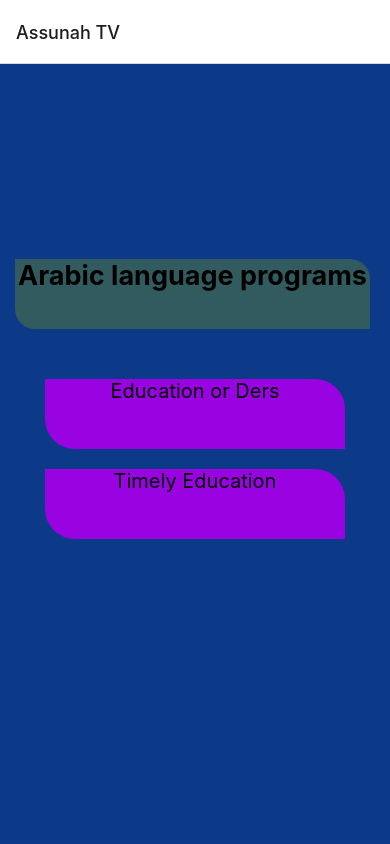
Repository: abdurehmanali611/Assunah_TV
Screen: /Arabic
The author's editor kept a copy of each file at every save. The screen is drawn from the files as they stood at one save, then again after the next save.
The app was drawn by React Native's web renderer in a window 390 px wide. The project was rebuilt for these pictures with package versions that can differ from the ones it lists, and the page was loaded fresh each time. Also part of the build but not shown: Constants/Home.js, Constants/AboutUs.js, Constants/Contacts.js, Constants/AssunahFolder.js, Constants/AssunahKids.js, Constants/AdditionalExtra.js, Constants/Qiratcenter.js, Programs/AmharicPrograms.js and 29 more.

Above is the screen before, as saved 2024-01-08 23:05:47.

### App.js
import { createStackNavigator } from "@react-navigation/stack";
import { NavigationContainer } from "@react-navigation/native";

import Home from "./Constants/Home";
import AboutUs from "./Constants/AboutUs";
import Contacts from "./Constants/Contacts";
import AssunahFolder from "./Constants/AssunahFolder";
import AssunahKids from "./Constants/AssunahKids";
import AdditionalExtra from "./Constants/AdditionalExtra";
import Qiratcenter from "./Constants/Qiratcenter";
import AmharicPrograms from './Programs/AmharicPrograms'
import ArabicPrograms from './Programs/ArabicPrograms'
import AffanOromo from './Programs/AffanOromo'
import Afar from './Programs/Afar'
import Ethio_Somali from './Programs/Ethio_Somali'
import Gumuz from './Programs/Gumuz'
import Hadere from './Programs/Hadere'
import Halaba from './Programs/Halaba'
import Tigrigna from './Programs/Tigrigna'
import LoginQirat from "./Assunah_Qirat_Center/LoginQirat";
import LoginQirat2 from "./Assunah_Qirat_Center/LoginQirat2";
import Logged from "./Assunah_Qirat_Center/Logged";
import Afarlink from "./Program_Links/Afarlink";
import AffanOromolink from "./Program_Links/AffanOromolink";
import Amhariclink from "./Program_Links/Amhariclink";
import Arabiclink from "./Program_Links/Arabiclink";
import EthioSomalilink from "./Program_Links/EthioSomalilink";
import Gumuzlink from "./Program_Links/Gumuzlink";
import Haderelink from "./Program_Links/Haderelink";
import Halabalink from "./Program_Links/Halabalink";
import Tigraylink from "./Program_Links/Tigraylink";
import Support from "./Additional/Support";
import Help from "./Additional/Help";
import Rate from "./Additional/Rate";
import Amhariclink_2 from "./Program_Links/Amhariclink_2";
import Amhariclink_3 from "./Program_Links/Amhariclink_3";
import Amhariclink_4 from "./Program_Links/Amhariclink_4";
import Amhariclink_5 from "./Program_Links/Amhariclink_5";
import AffanOromolink_2 from "./Program_Links/AffanOromolink_2";
import Siltgnalink from "./Program_Links/Siltgnalink";
import Siltgna from "./Programs/Siltgna";

const stack = createStackNavigator();

const App = () => {

  return (
    <NavigationContainer>
      <stack.Navigator initialRouteName="Arabic" >
         <stack.Screen name="Home" component={Home} options={{title: 'Assunah TV'}}/>
         <stack.Screen name="Qirat" component={Qiratcenter} options={{title: 'Assunah TV'}}/>
         <stack.Screen name="About" component={AboutUs} options={{title: 'Assunah TV'}}/>
         <stack.Screen name="Contact" component={Contacts} options={{title: 'Assunah TV'}}/>
         <stack.Screen name="Assunah" component={AssunahFolder} options={{title: 'Assunah TV'}}/>
         <stack.Screen name="Kids" component={AssunahKids} options={{title: 'Assunah TV'}}/>
         <stack.Screen name="Extra" component={AdditionalExtra} options={{title: 'Assunah TV'}}/>
         <stack.Screen name="Amharic" component={AmharicPrograms} options={{title: 'Assunah TV'}}/>
         <stack.Screen name="Arabic" component={ArabicPrograms} options={{title: 'Assunah TV'}}/>
         <stack.Screen name="Oromo" component={AffanOromo} options={{title: 'Assunah TV'}}/>
         <stack.Screen name="Afar" component={Afar} options={{title: 'Assunah TV'}}/>
         <stack.Screen name="Somali" component={Ethio_Somali} options={{title: 'Assunah TV'}}/>
         <stack.Screen name="Gumuz" component={Gumuz} options={{title: 'Assunah TV'}}/>
         <stack.Screen name="siltgna" component={Siltgna} options={{title: 'Assunah TV'}}/>
         <stack.Screen name="Halaba" component={Halaba} options={{title: 'Assunah TV'}}/>
         <stack.Screen name="Tigray" component={Tigrigna} options={{title: 'Assunah TV'}}/>
         <stack.Screen name="hadere" component={Hadere} options={{title: 'Assunah TV'}}/>
         <stack.Screen name="Login" component={LoginQirat} options={{title: 'Assunah TV'}}/>
         <stack.Screen name="Login2" component={LoginQirat2} options={{title: 'Assunah TV'}}/>
         <stack.Screen name="Logged" component={Logged} options={{title: 'Assunah TV'}}/>
         <stack.Screen name="Afarlink" component={Afarlink} options={{title: 'Assunah TV'}}/>
         <stack.Screen name="Oromolink" component={AffanOromolink} options={{title: 'Assunah TV'}}/>
         <stack.Screen name="Oromolink2" component={AffanOromolink_2} options={{title: 'Assunah TV'}}/>
         <stack.Screen name="Amhariclink" component={Amhariclink} options={{title: 'Assunah TV'}}/>
         <stack.Screen name="Amhariclink2" component={Amhariclink_2} options={{title: 'Assunah TV'}}/>
         <stack.Screen name="Amhariclink3" component={Amhariclink_3} options={{title: 'Assunah TV'}}/>
         <stack.Screen name="Amhariclink4" component={Amhariclink_4} options={{title: 'Assunah TV'}}/>
         <stack.Screen name="Amhariclink5" component={Amhariclink_5} options={{title: 'Assunah TV'}}/>
         <stack.Screen name="Arabiclink" component={Arabiclink} options={{title: 'Assunah TV'}}/>
         <stack.Screen name="EthioSomalilink" component={EthioSomalilink} options={{title: 'Assunah TV'}}/>
         <stack.Screen name="Gumuzlink" component={Gumuzlink} options={{title: 'Assunah TV'}}/>
         <stack.Screen name="siltgnalink" component={Siltgnalink} options={{title: 'Assunah TV'}}/>
         <stack.Screen name="Halabalink" component={Halabalink} options={{title: 'Assunah TV'}}/>
         <stack.Screen name="Haderelink" component={Haderelink} options={{title: 'Assunah TV'}}/>
         <stack.Screen name="Tigraylink" component={Tigraylink} options={{title: 'Assunah TV'}}/>
         <stack.Screen name="support" component={Support} options={{title: 'Assunah TV'}}/>
         <stack.Screen name="help" component={Help} options={{title: 'Assunah TV'}}/>
         <stack.Screen name="rate" component={Rate} options={{title: 'Assunah TV'}}/>
      </stack.Navigator>
    </NavigationContainer>

  )
};

export default App;

### Programs/ArabicPrograms.js
import { Link } from "@react-navigation/native";
import React from "react";
import { StyleSheet } from "react-native";
import { View, Text, ScrollView } from "react-native";

const ArabicPrograms = () => {

    return(
        <View style = {{backgroundColor: randomRGB(), flex: 1}}>
            <View>
            <View>
            <Text style = {styles.header}>
               Arabic language programs
            </Text>
            </View>
            <View style = {{alignItems: 'center'}}>
            <ScrollView>
                <Link
                style = {styles.link}
                to={'/Arabiclink'}>
                <Text style = {{fontSize: 20}}>Education or Ders</Text>
                </Link>
                <Link
                style = {styles.link}
                to={'/Arabiclink'}>
                <Text style = {{fontSize: 20}}>Timely Education</Text>
                </Link>
            </ScrollView>
            </View>
        </View>
        </View>
    )
}

const randomRGB = () => {

    const red = Math.floor(Math.random() * 256)
    const green = Math.floor(Math.random() * 256)
    const blue = Math.floor(Math.random() * 256)

    return `rgb(${red},${green},${blue})`
}

const styles = StyleSheet.create ({
    link: {
        backgroundColor: randomRGB(),
        marginHorizontal: 20,
        width: 300,
        marginVertical: 10,
        height: 70,
        textAlignVertical: 'center',
        textAlign: 'center',
        borderTopRightRadius: 30,
        borderBottomLeftRadius: 30
    },
    header: {
        fontSize: 27,
        fontWeight: 'bold',
        textAlign: 'center',
        marginTop: '50%',
        marginBottom: 40,
        backgroundColor: randomRGB(),
        width: 355,
        marginHorizontal: 15,
        borderBottomLeftRadius: 20,
        borderTopRightRadius: 20,
        height: 70
    }
})

export default ArabicPrograms

After the next save:
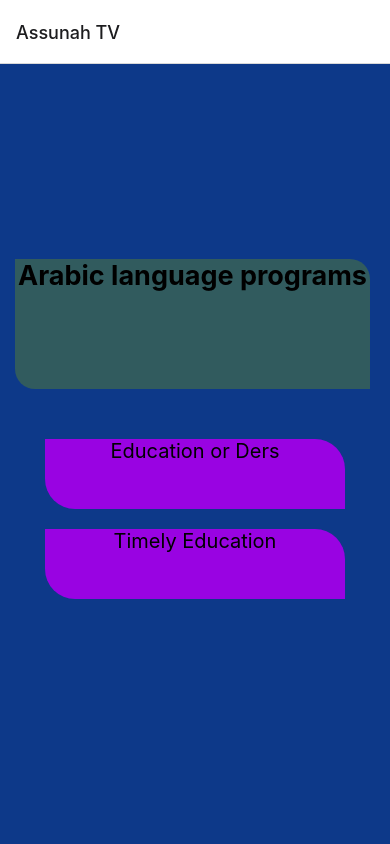
Saved 7 s later.
--- a/Programs/ArabicPrograms.js
+++ b/Programs/ArabicPrograms.js
@@ -64,7 +64,7 @@
         marginHorizontal: 15,
         borderBottomLeftRadius: 20,
         borderTopRightRadius: 20,
-        height: 70
+        height: 130
     }
 })
 
